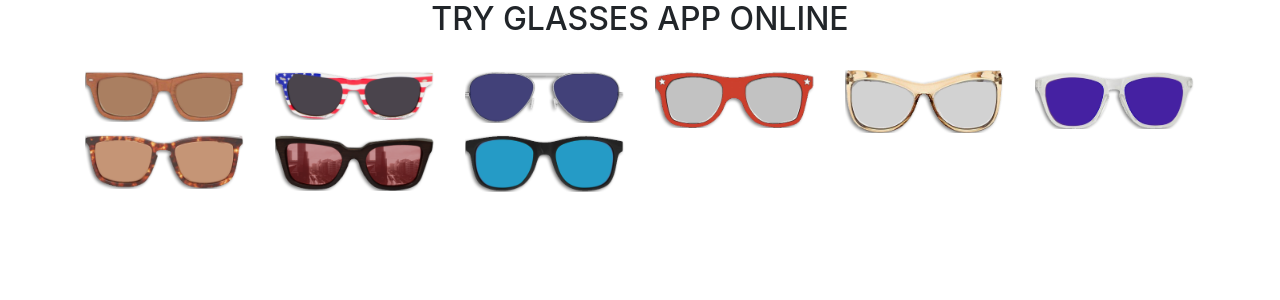
Repository: phongthanhh/ChoseGlass
Page: /
The author's editor kept a copy of each file at every save. The page is drawn from the files as they stood at one save, then again after the next save.
The browser window is 1280 px wide. The pictures show the whole page.
The project was rebuilt for these pictures with package versions that can differ from the ones it lists, and the page was loaded fresh each time.

Above is the page before, as saved 2022-12-25 15:33:48.

After the next save:
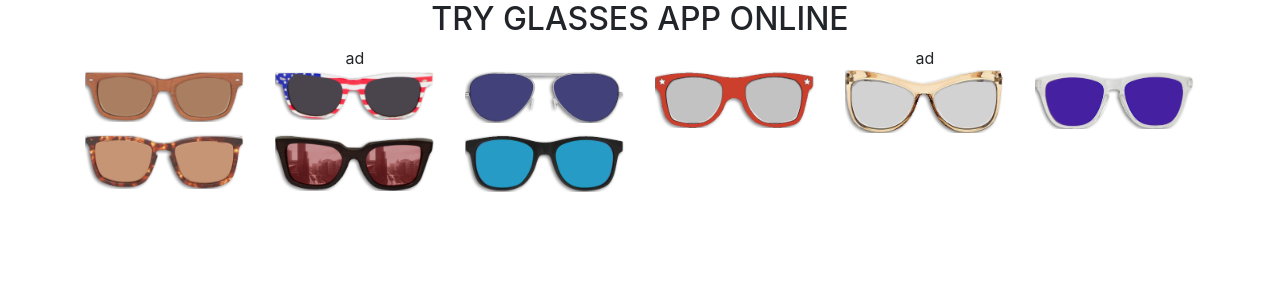
Saved 7 s later.
--- a/src/ChoseGlass/BTGlass.jsx
+++ b/src/ChoseGlass/BTGlass.jsx
@@ -88,9 +88,11 @@
                         <div className="row">
                             <div className="col-6">
                                 <img src="" alt="" />
+                                ad
                             </div>
                             <div className="col-6">
                                 <img src="" alt="" />
+                                ad
                             </div>
                         </div>
                         <div className="row">
